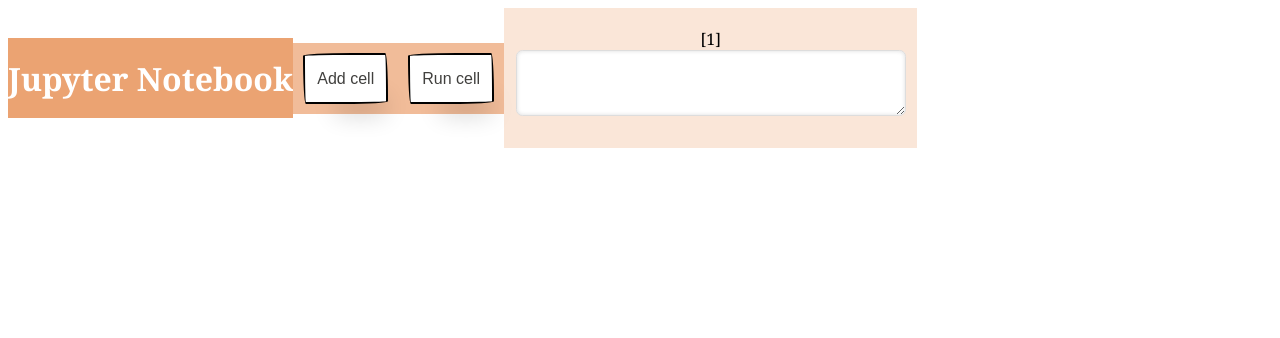
Repository: lingzi-liu/jupyter_notebook_prototype
Page: http://localhost/
An editor plug-in stored every save of this project. The page is shown before and after the next save, followed by the edit.
The browser window is 1280 px wide. The pictures show the whole page.
The page is served by the project's application, run on Flask 3 (app.py).

Above is the page before, as saved 2022-11-13 12:24:12.

After the next save:
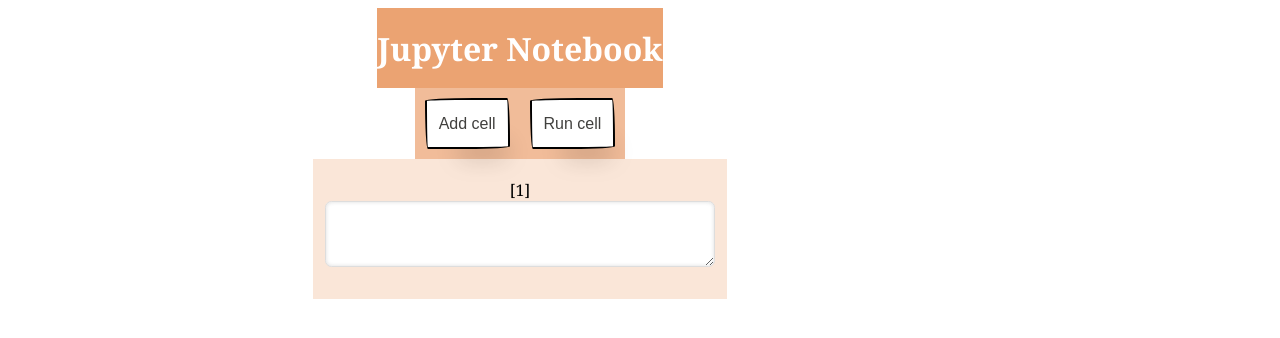
Saved 6 s later.
--- a/static/styles/style.css
+++ b/static/styles/style.css
@@ -1,7 +1,7 @@
 body {
   width: 80%;
   display: flex;
-  flex-flow: row wrap;
+  flex-flow: column wrap;
   align-items: center;
 }
 
